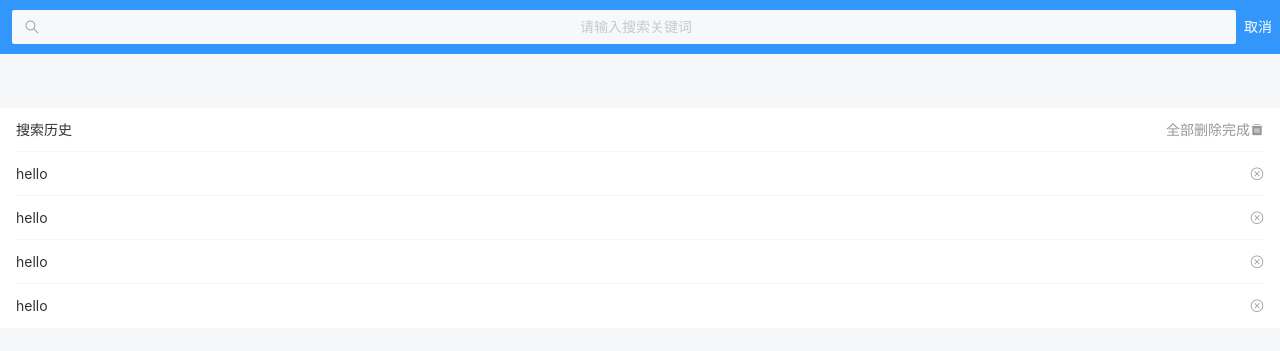
Repository: liuliumm/hmtt60
Page: /#/search
An editor plug-in stored every save of this project. The page is shown before and after the next save, followed by the edit.
The browser window is 1280 px wide. The pictures show the whole page.
The project was rebuilt for these pictures with package versions that can differ from the ones it lists, and the page was loaded fresh each time. Also part of the build but not shown: vue.config.js, src/utils/request.js, src/api/search.js, src/views/search/components/search-suggestion.vue, src/views/search/components/search-result.vue.

Above is the page before, as saved 2023-02-17 00:40:58.

After the next save:
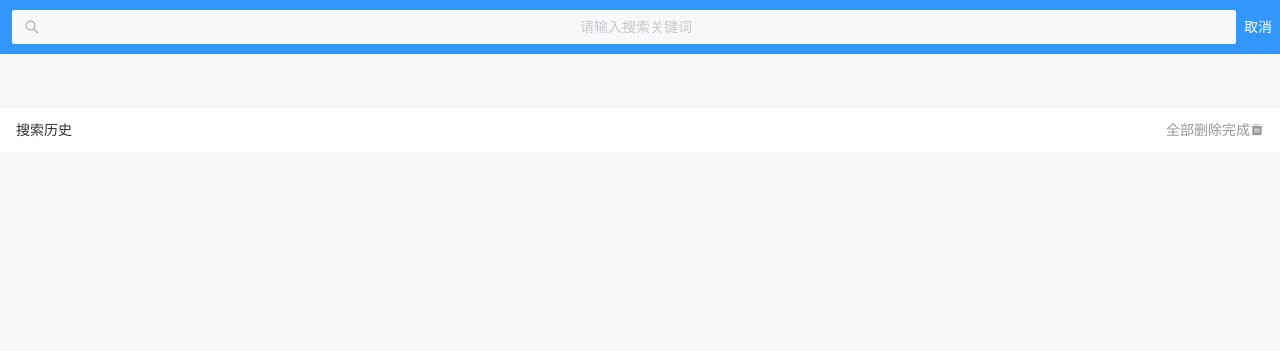
Saved 5 min 16 s later.
--- a/src/views/search/components/search-history.vue
+++ b/src/views/search/components/search-history.vue
@@ -5,25 +5,25 @@
       <span>完成</span>
       <van-icon name="delete" />
     </van-cell>
-    <van-cell title="hello">
-      <van-icon name="close" />
-    </van-cell>
-    <van-cell title="hello">
-      <van-icon name="close" />
-    </van-cell>
-    <van-cell title="hello">
-      <van-icon name="close" />
-    </van-cell>
-    <van-cell title="hello">
+    <van-cell
+      :title="item"
+      v-for="(item, index) in searchHistories"
+      :key="index"
+    >
       <van-icon name="close" />
     </van-cell>
   </div>
 </template>
 
 <script>
-
 export default {
   name: "SearchHistory",
+  props: {
+    searchHistories: {
+      type: Array,
+      required: true,
+    },
+  },
 };
 </script>
 
